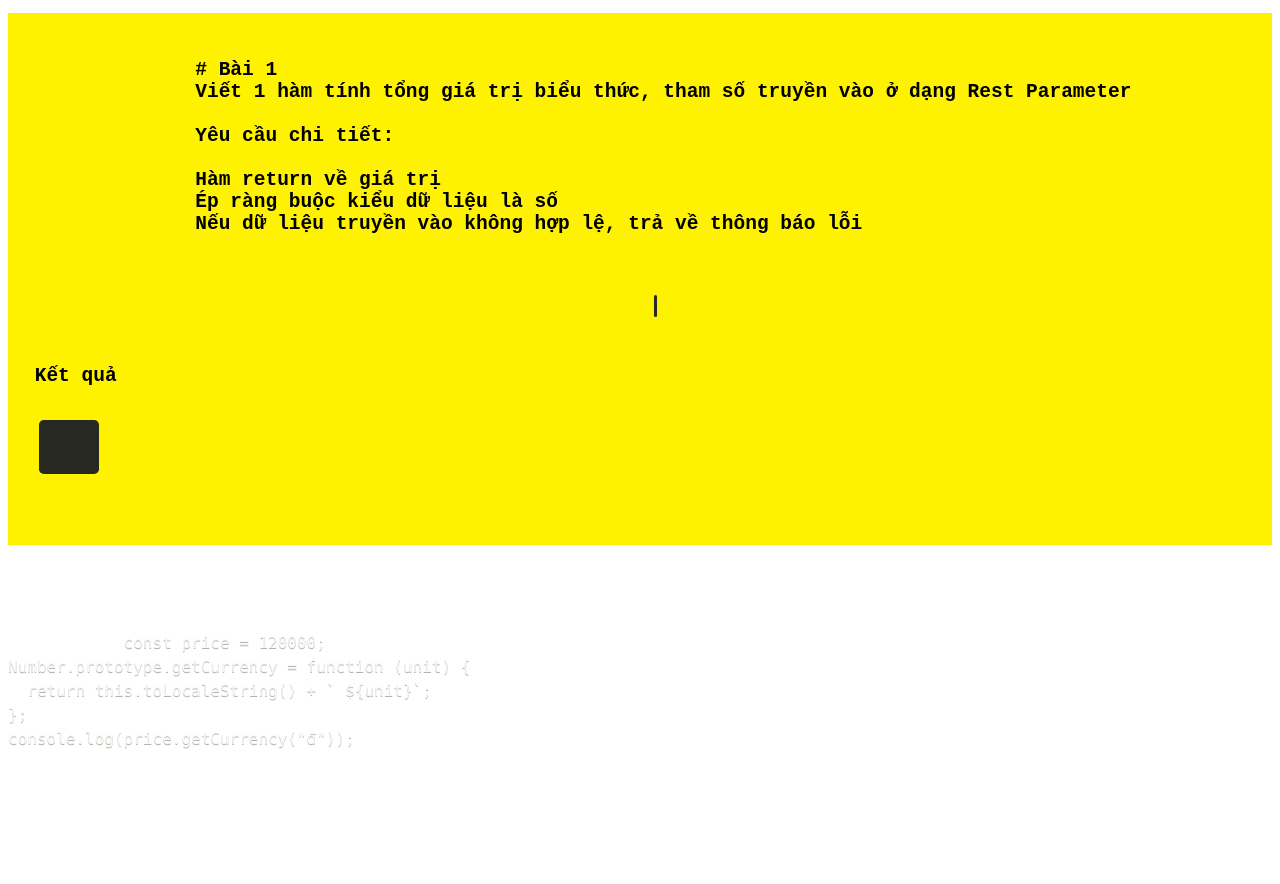
Repository: Dongnguyen318/Quydong
Page: Day 22/ex02.html
These files come from the project's save history. The page is drawn as it stood at one moment and after the next save; the edit follows.
The browser window is 1280 px wide. The pictures show the whole page.

Above is the page before, as saved 2023-08-29 23:55:11.

After the next save:
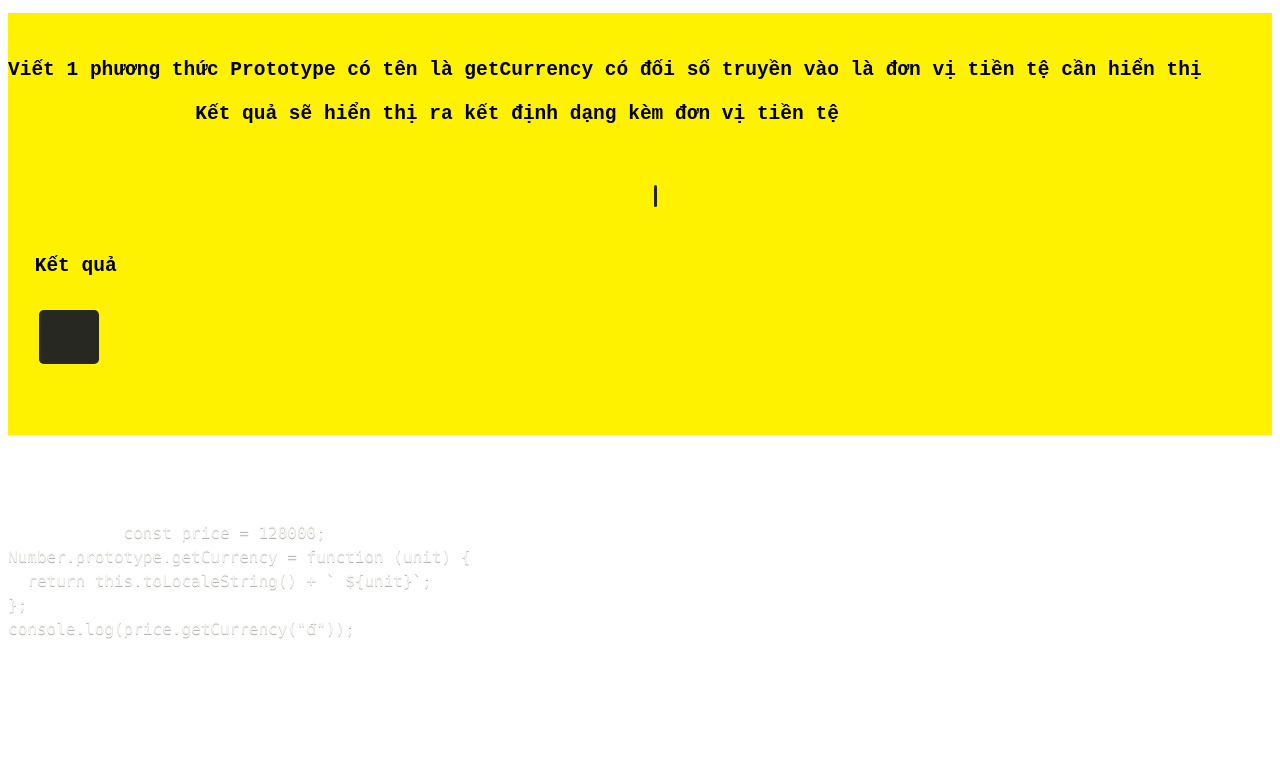
Saved 30 s later.
--- a/Day 22/ex02.html
+++ b/Day 22/ex02.html
@@ -13,14 +13,9 @@
   <body>
     <pre style="background-color: rgb(255, 242, 0)">
         <code >
-            <h2>                # Bài 1
-                Viết 1 hàm tính tổng giá trị biểu thức, tham số truyền vào ở dạng Rest Parameter
+            <h2>Viết 1 phương thức Prototype có tên là getCurrency có đối số truyền vào là đơn vị tiền tệ cần hiển thị
 
-                Yêu cầu chi tiết:
-
-                Hàm return về giá trị
-                Ép ràng buộc kiểu dữ liệu là số
-                Nếu dữ liệu truyền vào không hợp lệ, trả về thông báo lỗi</h2>
+                Kết quả sẽ hiển thị ra kết định dạng kèm đơn vị tiền tệ</h2>
 <p style="text-align: center;">
     <code class="language-js">
     </code>
